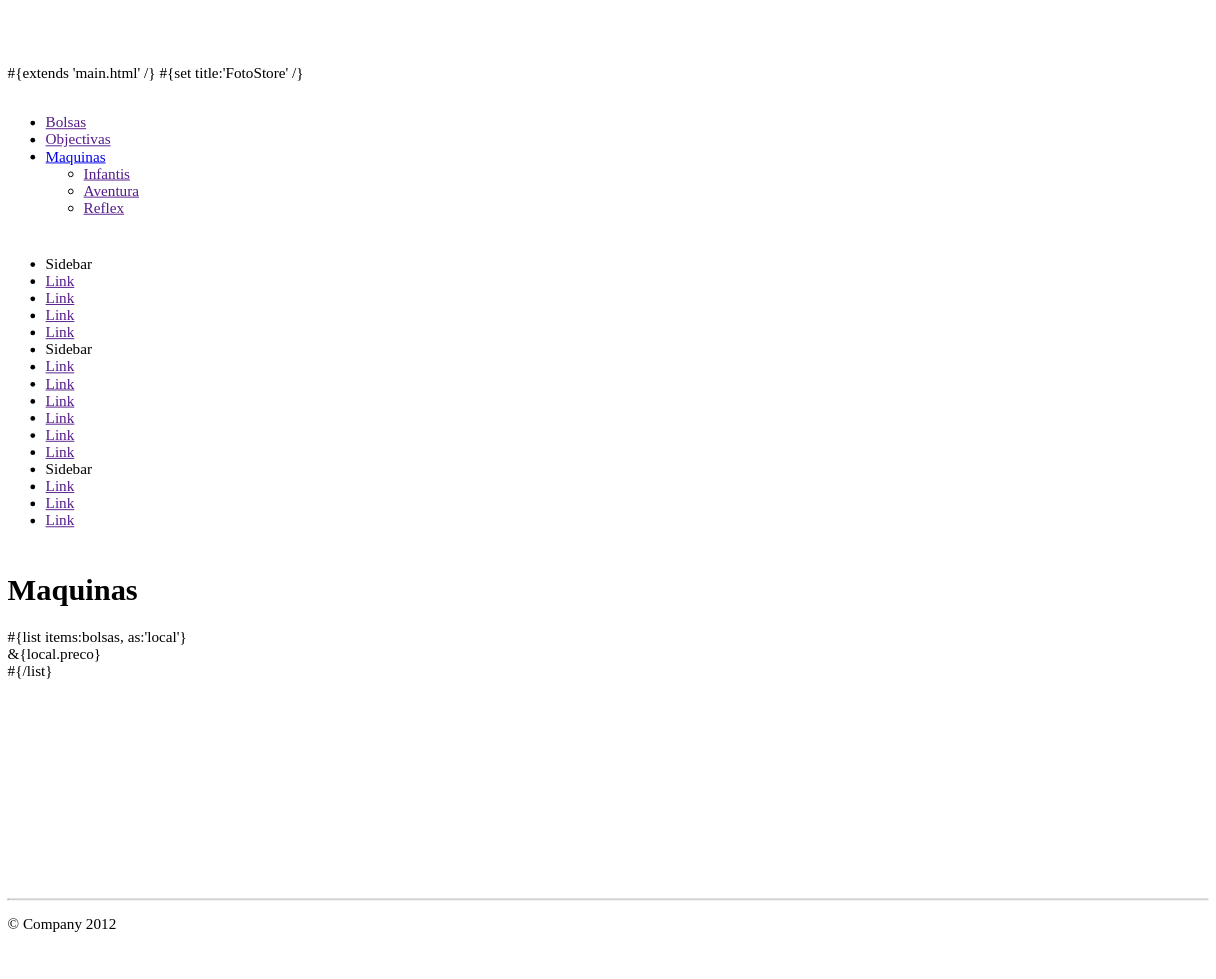
Repository: joaoA/webStore
Page: fotoStore/app/views/Application/exampleAventura.html
The author's editor kept a copy of each file at every save. The page is drawn from the files as they stood at one save, then again after the next save.
The browser window is 1280 px wide. The pictures show the whole page, at 95% of full size.

Above is the page before, as saved 2012-12-17 14:59:21.

### fotoStore/app/views/Application/exampleAventura.html
#{extends 'main.html' /}
#{set title:'FotoStore' /}


    <style type="text/css">
      body {
        padding-top: 60px;
        padding-bottom: 40px;
      }
      .sidebar-nav {
        padding: 9px 0;
      }
    </style>

    <div class="navbar navbar-inverse navbar-fixed-top">
      <div class="navbar-inner">
        <div class="container-fluid">
          <a class="btn btn-navbar" data-toggle="collapse" data-target=".nav-collapse">
            <span class="icon-bar"></span>
            <span class="icon-bar"></span>
            <span class="icon-bar"></span>
          </a>
          <a class="brand" style="color:#FFFFFF;" href="///home/joao/Desktop/ws_example_page/first_page_example.html">Foto Store</a>
          <div class="nav-collapse collapse">
            <ul class="nav">
              <!--<li class="active"><a href="#">Home</a></li>-->
              <li><a href="">Bolsas</a></li>
              <li><a href="">Objectivas</a></li>
               <li class="dropdown">
                <a href="#" class="dropdown-toggle" data-toggle="dropdown">Maquinas<b class="caret"></b></a>
                <ul class="dropdown-menu">
                  <li><a href="">Infantis</a></li>
                  <li><a href="">Aventura</a></li>
                  <li><a href="">Reflex</a></li>

                </ul>
              </li>

            </ul>
          </div><!--/.nav-collapse -->
        </div>
      </div>
    </div>

    <div class="container-fluid">
      <div class="row-fluid">
        <div class="span3">
          <div class="well sidebar-nav">
            <ul class="nav nav-list">
              <li class="nav-header">Sidebar</li>
              <li class="active"><a href="">Link</a></li>
              <li><a href="">Link</a></li>
              <li><a href="">Link</a></li>
              <li><a href="">Link</a></li>
              <li class="nav-header">Sidebar</li>
              <li><a href="">Link</a></li>
              <li><a href="">Link</a></li>
              <li><a href="">Link</a></li>
              <li><a href="">Link</a></li>
              <li><a href="">Link</a></li>
              <li><a href="">Link</a></li>
              <li class="nav-header">Sidebar</li>
              <li><a href="">Link</a></li>
              <li><a href="">Link</a></li>
              <li><a href="">Link</a></li>
            </ul>
          </div><!--/.well -->
        </div><!--/span-->
        <div class="span9">
          <div class="hero-unit" style = "height:335px">
              <div class="span6">
				<h1>Maquinas</h1>
				#{list items:bolsas, as:'local'}
				    <div class="alert &{local.titulo}">
				     &{local.preco}
				  </div>
				#{/list}
          </div>

        </div><!--/span-->
      </div><!--/row-->

      <hr>

      <footer>
        <p>© Company 2012</p>
      </footer>

    </div><!--/.fluid-container-->

After the next save:
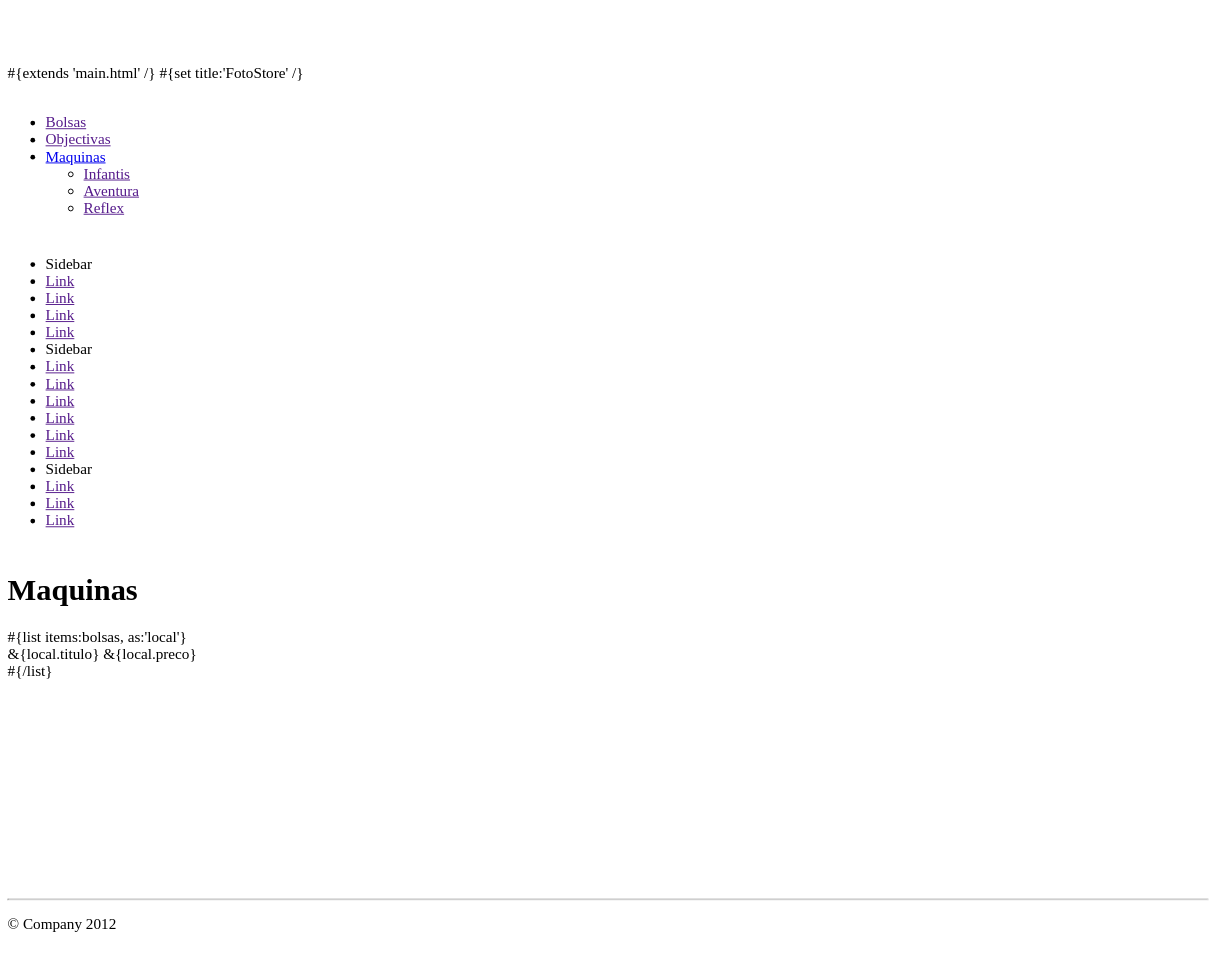
Saved 41 s later.
--- a/fotoStore/app/views/Application/exampleAventura.html
+++ b/fotoStore/app/views/Application/exampleAventura.html
@@ -72,6 +72,7 @@
 				<h1>Maquinas</h1>
 				#{list items:bolsas, as:'local'}
 				    <div class="alert &{local.titulo}">
+				    &{local.titulo}
 				     &{local.preco}
 				  </div>
 				#{/list}
